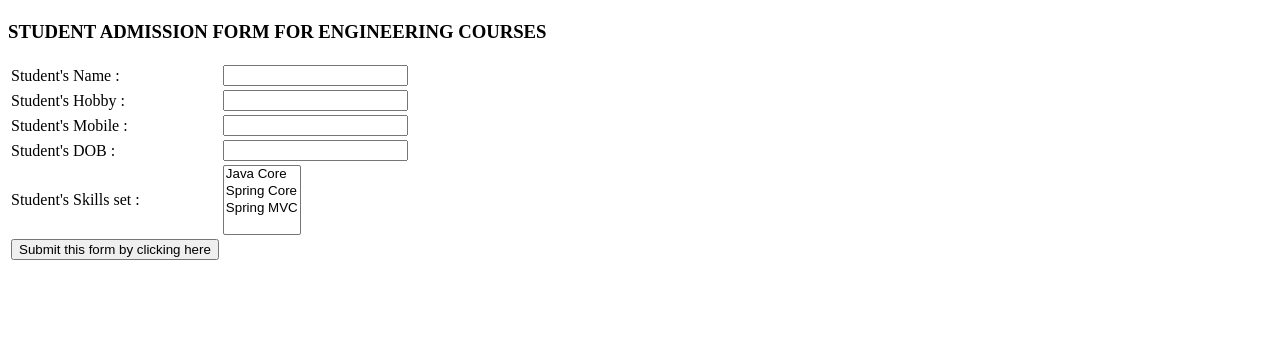
Repository: anujsachan89/Spring-MVC
Page: http://localhost/SpringMVC10/WEB-INF/jsp/AdmissionForm.jsp
The author's editor kept a copy of each file at every save. The page is drawn from the files as they stood at one save, then again after the next save.
The browser window is 1280 px wide. The pictures show the whole page.
The page is served by Tomcat 9. Nobody is signed in. Other server files are loaded and not shown. The template is opened directly, without the code that normally fills it, so the values that code supplies are empty.

Above is the page before, as saved 2017-02-04 10:34:34.

### Spring-MVC workspace/SpringMVC10/src/main/webapp/WEB-INF/jsp/AdmissionForm.jsp
<%@ page language="java" contentType="text/html; charset=UTF-8"
	pageEncoding="UTF-8"%>
<!DOCTYPE html PUBLIC "-//W3C//DTD HTML 4.01 Transitional//EN" "http://www.w3.org/TR/html4/loose.dtd">
<html>
<head>
<meta http-equiv="Content-Type" content="text/html; charset=UTF-8">
<title>Insert title here</title>
</head>
<body>

	<h1>${headerMessage}</h1>

	<h3> STUDENT ADMISSION FORM FOR ENGINEERING COURSES</h3>

	<form action="submitAdmissionForm" method="post">

		<table>
		<tr>
			<td>Student's Name : </td><td>        <input type="text" name="studentName" /></td>
		</tr>
		<tr>
			<td>Student's Hobby : </td><td>       <input type="text" name="studentHobby" /></td>
		</tr>

			<tr>
			<td>Student's Mobile : </td><td>      <input type="text" name="studentMobile" /></td>
		</tr>
		<tr>
			<td>Student's DOB : </td><td>     	   <input type="text" name="studentDOB" /></td>
		</tr>
		<tr>
			<td>Student's Skills set :</td><td>    <select name="studentSkills" multiple>
													<option value="Java Core">Java Core</option>
													<option value="Spring Core">Spring Core</option>
													<option value="Spring MVC">Spring MVC</option>
													</select><td>
		</tr>

		<tr><td><input type="submit" value="Submit this form by clicking here" /></td></tr>

		</table>

	</form>

</body>
</html>

After the next save:
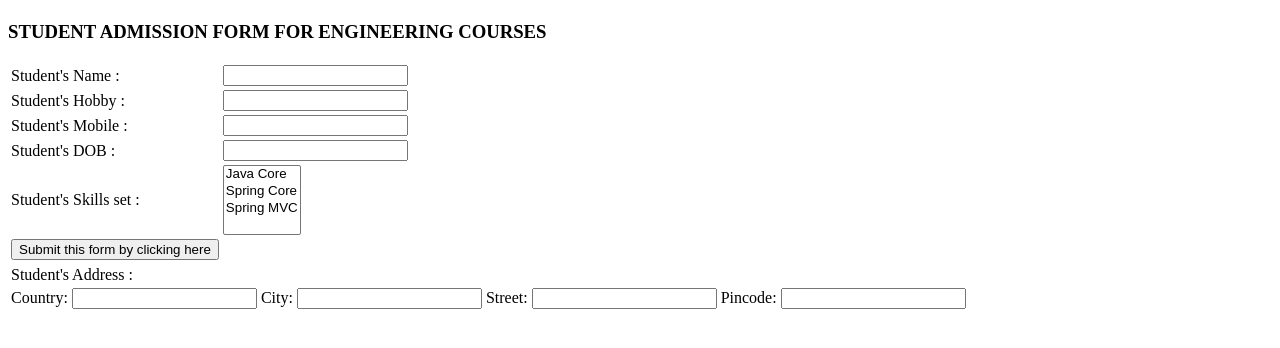
Saved 5 min 18 s later.
--- a/Spring-MVC workspace/SpringMVC10/src/main/webapp/WEB-INF/jsp/AdmissionForm.jsp
+++ b/Spring-MVC workspace/SpringMVC10/src/main/webapp/WEB-INF/jsp/AdmissionForm.jsp
@@ -39,6 +39,19 @@
 		<tr><td><input type="submit" value="Submit this form by clicking here" /></td></tr>
 
 		</table>
+		<table>
+		<tr> <td> Student's Address : </td></tr>
+		<tr>
+			<td>Country: <input type="text" name="studentAddress.country"/></td>
+			<td>City: <input type="text" name="studentAddress.city"/></td>
+			<td>Street: <input type="text" name="studentAddress.street"/></td>
+			<td>Pincode: <input type="text" name="studentAddress.pincode"/></td>
+
+		</tr>
+
+
+
+		</table>
 
 	</form>
 
